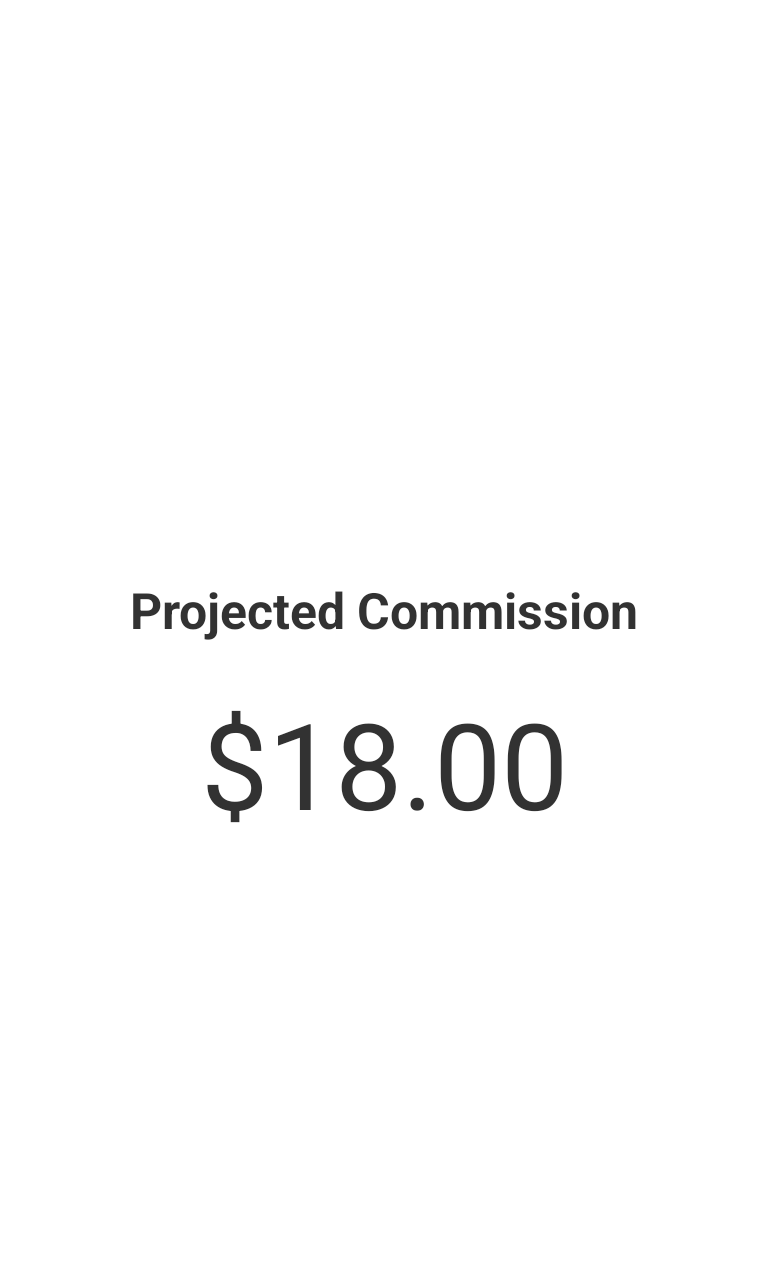
Repository: jemcphe/XCell
Layout: XCell/res/layout/data_accessory.xml
The author's editor kept a copy of each file at every save. The layout is drawn from the files as they stood at one save, then again after the next save.
It is drawn on a 768 x 1280 px phone screen (xhdpi) without system bars, with theme Theme.Xcell; the app's code is not run. Lists and similar views that code fills are empty.

Above is the layout before, as saved 2013-08-29 03:26:45.

### XCell/res/layout/data_accessory.xml
<?xml version="1.0" encoding="utf-8"?>
<RelativeLayout xmlns:android="http://schemas.android.com/apk/res/android"
    android:layout_width="match_parent"
    android:layout_height="match_parent" >

    <LinearLayout
        android:id="@+id/listLayout"
        android:layout_width="match_parent"
        android:layout_height="200dp"
        android:layout_alignParentLeft="true"
        android:layout_alignParentTop="true"
        android:layout_marginTop="50dp"
        android:background="#fff"
        android:orientation="horizontal" >

        <ListView
            android:id="@+id/listview"
            android:layout_width="match_parent"
            android:layout_height="match_parent"
            android:drawSelectorOnTop="false" />
    </LinearLayout>

    <LinearLayout
        android:id="@+id/data_accessoryProjectedLayout"
        android:layout_width="match_parent"
        android:layout_height="wrap_content"
        android:layout_alignParentLeft="true"
        android:layout_below="@+id/listLayout"
        android:layout_marginTop="18dp"
        android:orientation="vertical" >

        <TextView
            android:id="@+id/data_accessoryCommissionLabel"
            android:layout_width="match_parent"
            android:layout_height="wrap_content"
            android:layout_centerHorizontal="true"
            android:layout_marginTop="20dp"
            android:gravity="center"
            android:text="Projected Commission"
            android:textSize="25sp"
            android:textStyle="bold" />

        <TextView
            android:id="@+id/data_accessoryCommissionValue"
            android:layout_width="match_parent"
            android:layout_height="wrap_content"
            android:layout_marginTop="20dp"
            android:gravity="center"
            android:text="$18.00"
            android:textSize="60sp" />
    </LinearLayout>

</RelativeLayout>
<!--
     <GridLayout
                android:layout_width="match_parent"
                android:layout_height="wrap_content"
                android:layout_alignParentTop="true"
                android:layout_centerHorizontal="true"
                android:layout_marginLeft="10dp"
                android:layout_marginRight="10dp"
                android:layout_marginTop="5dp"
                android:columnCount="4" >
		************************ Header Row ************************
                <TextView
                    android:layout_width="wrap_content"
                    android:layout_height="wrap_content"
                    android:paddingBottom="10dp"
                    android:paddingRight="30dp"
                    android:text="Date"
                    android:textSize="15sp"
                    android:textStyle="bold" />

                <TextView
                    android:layout_width="wrap_content"
                    android:layout_height="wrap_content"
                    android:paddingBottom="10dp"
                    android:paddingRight="80dp"
                    android:text="Accessory"
                    android:textSize="15sp"
                    android:textStyle="bold" />

                <TextView
                    android:layout_width="wrap_content"
                    android:layout_height="wrap_content"
                    android:paddingBottom="10dp"
                    android:paddingRight="30dp"
                    android:text="Qty"
                    android:textSize="15sp"
                    android:textStyle="bold" />

                <TextView
                    android:layout_width="wrap_content"
                    android:layout_height="wrap_content"
                    android:paddingBottom="10dp"
                    android:text="Total"
                    android:textSize="15sp"
                    android:textStyle="bold" />

         *********************** Dummy Accessories **********************

         		<TextView
                    android:layout_width="wrap_content"
                    android:layout_height="wrap_content"
                    android:paddingBottom="5dp"
                    android:paddingRight="30dp"
                    android:text="08/01"
                    android:textSize="15sp" />

                <TextView
                    android:layout_width="wrap_content"
                    android:layout_height="wrap_content"
                    android:paddingBottom="5dp"
                    android:text="Car Charger"
                    android:textSize="15sp" />

                <TextView
                    android:layout_width="wrap_content"
                    android:layout_height="wrap_content"
                    android:paddingBottom="5dp"
                    android:text="1"
                    android:textSize="15sp" />

                <TextView
                    android:layout_width="wrap_content"
                    android:layout_height="wrap_content"
                    android:paddingBottom="5dp"
                    android:text="$19.99"
                    android:textSize="15sp" />

                ********* 2 **********
                <TextView
                    android:layout_width="wrap_content"
                    android:layout_height="wrap_content"
                    android:paddingBottom="5dp"
                    android:paddingRight="30dp"
                    android:text="08/01"
                    android:textSize="15sp" />

                <TextView
                    android:layout_width="wrap_content"
                    android:layout_height="wrap_content"
                    android:paddingBottom="5dp"
                    android:text="Screen Protector"
                    android:textSize="15sp" />

                <TextView
                    android:layout_width="wrap_content"
                    android:layout_height="wrap_content"
                    android:paddingBottom="5dp"
                    android:text="1"
                    android:textSize="15sp" />

                <TextView
                    android:layout_width="wrap_content"
                    android:layout_height="wrap_content"
                    android:paddingBottom="5dp"
                    android:text="$39.99"
                    android:textSize="15sp" />

                ********* 3 **********
                <TextView
                    android:layout_width="wrap_content"
                    android:layout_height="wrap_content"
                    android:paddingBottom="5dp"
                    android:paddingRight="30dp"
                    android:text="08/01"
                    android:textSize="15sp" />

                <TextView
                    android:layout_width="wrap_content"
                    android:layout_height="wrap_content"
                    android:paddingBottom="5dp"
                    android:text="Bluetooth Headset"
                    android:textSize="15sp" />

                <TextView
                    android:layout_width="wrap_content"
                    android:layout_height="wrap_content"
                    android:paddingBottom="5dp"
                    android:text="1"
                    android:textSize="15sp" />

                <TextView
                    android:layout_width="wrap_content"
                    android:layout_height="wrap_content"
                    android:paddingBottom="5dp"
                    android:text="$99.99"
                    android:textSize="15sp" />

                ********* 4 **********
                <TextView
                    android:layout_width="wrap_content"
                    android:layout_height="wrap_content"
                    android:paddingBottom="5dp"
                    android:paddingRight="30dp"
                    android:text="08/01"
                    android:textSize="15sp" />

                <TextView
                    android:layout_width="wrap_content"
                    android:layout_height="wrap_content"
                    android:paddingBottom="5dp"
                    android:text="SD Card"
                    android:textSize="15sp" />

                <TextView
                    android:layout_width="wrap_content"
                    android:layout_height="wrap_content"
                    android:paddingBottom="5dp"
                    android:text="1"
                    android:textSize="15sp" />

                <TextView
                    android:layout_width="wrap_content"
                    android:layout_height="wrap_content"
                    android:paddingBottom="5dp"
                    android:text="$19.99"
                    android:textSize="15sp" />

                ********* 5 **********
                <TextView
                    android:layout_width="wrap_content"
                    android:layout_height="wrap_content"
                    android:paddingBottom="5dp"
                    android:paddingRight="30dp"
                    android:text="08/01"
                    android:textSize="15sp" />

                <TextView
                    android:layout_width="wrap_content"
                    android:layout_height="wrap_content"
                    android:paddingBottom="5dp"
                    android:text="Car Charger"
                    android:textSize="15sp" />

                <TextView
                    android:layout_width="wrap_content"
                    android:layout_height="wrap_content"
                    android:paddingBottom="5dp"
                    android:text="1"
                    android:textSize="15sp" />

                <TextView
                    android:layout_width="wrap_content"
                    android:layout_height="wrap_content"
                    android:paddingBottom="5dp"
                    android:text="$19.99"
                    android:textSize="15sp" />
                ********* 6 **********
                <TextView
                    android:layout_width="wrap_content"
                    android:layout_height="wrap_content"
                    android:paddingBottom="5dp"
                    android:paddingRight="30dp"
                    android:text="08/01"
                    android:textSize="15sp" />

                <TextView
                    android:layout_width="wrap_content"
                    android:layout_height="wrap_content"
                    android:paddingBottom="5dp"
                    android:text="SD Card"
                    android:textSize="15sp" />

                <TextView
                    android:layout_width="wrap_content"
                    android:layout_height="wrap_content"
                    android:paddingBottom="5dp"
                    android:text="1"
                    android:textSize="15sp" />

                <TextView
                    android:layout_width="wrap_content"
                    android:layout_height="wrap_content"
                    android:paddingBottom="5dp"
                    android:text="$19.99"
                    android:textSize="15sp" />
                *********************** Dummy Accessories **********************

         		<TextView
                    android:layout_width="wrap_content"
                    android:layout_height="wrap_content"
                    android:paddingBottom="5dp"
                    android:paddingRight="30dp"
                    android:text="08/01"
                    android:textSize="15sp" />

                <TextView
                    android:layout_width="wrap_content"
                    android:layout_height="wrap_content"
                    android:paddingBottom="5dp"
                    android:text="Car Charger"
                    android:textSize="15sp" />

                <TextView
                    android:layout_width="wrap_content"
                    android:layout_height="wrap_content"
                    android:paddingBottom="5dp"
                    android:text="1"
                    android:textSize="15sp" />

                <TextView
                    android:layout_width="wrap_content"
                    android:layout_height="wrap_content"
                    android:paddingBottom="5dp"
                    android:text="$19.99"
                    android:textSize="15sp" />

                ********* 2 **********
                <TextView
                    android:layout_width="wrap_content"
                    android:layout_height="wrap_content"
                    android:paddingBottom="5dp"
                    android:paddingRight="30dp"
                    android:text="08/01"
                    android:textSize="15sp" />

                <TextView
                    android:layout_width="wrap_content"
                    android:layout_height="wrap_content"
                    android:paddingBottom="5dp"
                    android:text="Screen Protector"
                    android:textSize="15sp" />

                <TextView
                    android:layout_width="wrap_content"
                    android:layout_height="wrap_content"
                    android:paddingBottom="5dp"
                    android:text="1"
                    android:textSize="15sp" />

                <TextView
                    android:layout_width="wrap_content"
                    android:layout_height="wrap_content"
                    android:paddingBottom="5dp"
                    android:text="$39.99"
                    android:textSize="15sp" />

                ********* 3 **********
                <TextView
                    android:layout_width="wrap_content"
                    android:layout_height="wrap_content"
                    android:paddingBottom="5dp"
                    android:paddingRight="30dp"
                    android:text="08/01"
                    android:textSize="15sp" />

                <TextView
                    android:layout_width="wrap_content"
                    android:layout_height="wrap_content"
                    android:paddingBottom="5dp"
                    android:text="Bluetooth Headset"
                    android:textSize="15sp" />

                <TextView
                    android:layout_width="wrap_content"
                    android:layout_height="wrap_content"
                    android:paddingBottom="5dp"
                    android:text="1"
                    android:textSize="15sp" />

                <TextView
                    android:layout_width="wrap_content"
                    android:layout_height="wrap_content"
                    android:paddingBottom="5dp"
                    android:text="$99.99"
                    android:textSize="15sp" />
            </GridLayout>
-->

### XCell/res/drawable/selectable_background_xcell.xml
<?xml version="1.0" encoding="utf-8"?>
<!-- File created by the Android Action Bar Style Generator

     Copyright (C) 2011 The Android Open Source Project
     Copyright (C) 2012 readyState Software Ltd

     Licensed under the Apache License, Version 2.0 (the "License");
     you may not use this file except in compliance with the License.
     You may obtain a copy of the License at

          http://www.apache.org/licenses/LICENSE-2.0

     Unless required by applicable law or agreed to in writing, software
     distributed under the License is distributed on an "AS IS" BASIS,
     WITHOUT WARRANTIES OR CONDITIONS OF ANY KIND, either express or implied.
     See the License for the specific language governing permissions and
     limitations under the License.
-->

<selector xmlns:android="http://schemas.android.com/apk/res/android"
        android:exitFadeDuration="@android:integer/config_mediumAnimTime" >
    <item android:state_pressed="false" android:state_focused="true" android:drawable="@drawable/list_focused_xcell" />
    <item android:state_pressed="true" android:drawable="@drawable/pressed_background_xcell" />
    <item android:drawable="@android:color/transparent" />
</selector>

### XCell/res/drawable/btn_cab_done_xcell.xml
<?xml version="1.0" encoding="utf-8"?>
<!-- File created by the Android Action Bar Style Generator

     Copyright (C) 2011 The Android Open Source Project
     Copyright (C) 2012 readyState Software Ltd

     Licensed under the Apache License, Version 2.0 (the "License");
     you may not use this file except in compliance with the License.
     You may obtain a copy of the License at

          http://www.apache.org/licenses/LICENSE-2.0

     Unless required by applicable law or agreed to in writing, software
     distributed under the License is distributed on an "AS IS" BASIS,
     WITHOUT WARRANTIES OR CONDITIONS OF ANY KIND, either express or implied.
     See the License for the specific language governing permissions and
     limitations under the License.
-->

<selector xmlns:android="http://schemas.android.com/apk/res/android">
    <item android:state_pressed="true"
        android:drawable="@drawable/btn_cab_done_pressed_xcell" />
    <item android:state_focused="true" android:state_enabled="true"
        android:drawable="@drawable/btn_cab_done_focused_xcell" />
    <item android:state_enabled="true"
        android:drawable="@drawable/btn_cab_done_default_xcell" />
</selector>

### XCell/res/drawable/ab_background_textured_xcell.xml
<?xml version="1.0" encoding="utf-8"?>
<!-- File created by the Android Action Bar Style Generator

     Copyright (C) 2012 readyState Software Ltd

     Licensed under the Apache License, Version 2.0 (the "License");
     you may not use this file except in compliance with the License.
     You may obtain a copy of the License at

          http://www.apache.org/licenses/LICENSE-2.0

     Unless required by applicable law or agreed to in writing, software
     distributed under the License is distributed on an "AS IS" BASIS,
     WITHOUT WARRANTIES OR CONDITIONS OF ANY KIND, either express or implied.
     See the License for the specific language governing permissions and
     limitations under the License.
-->

<bitmap xmlns:android="http://schemas.android.com/apk/res/android"
    android:src="@drawable/ab_texture_tile_xcell"
    android:tileMode="repeat" />

### XCell/res/drawable/progress_horizontal_xcell.xml
<?xml version="1.0" encoding="utf-8"?>
<!-- File created by the Android Action Bar Style Generator

     Copyright (C) 2011 The Android Open Source Project
     Copyright (C) 2012 readyState Software Ltd

     Licensed under the Apache License, Version 2.0 (the "License");
     you may not use this file except in compliance with the License.
     You may obtain a copy of the License at

          http://www.apache.org/licenses/LICENSE-2.0

     Unless required by applicable law or agreed to in writing, software
     distributed under the License is distributed on an "AS IS" BASIS,
     WITHOUT WARRANTIES OR CONDITIONS OF ANY KIND, either express or implied.
     See the License for the specific language governing permissions and
     limitations under the License.
-->

<layer-list xmlns:android="http://schemas.android.com/apk/res/android">

    <item android:id="@android:id/background"
          android:drawable="@drawable/progress_bg_xcell" />

    <item android:id="@android:id/secondaryProgress">
        <scale android:scaleWidth="100%"
               android:drawable="@drawable/progress_secondary_xcell" />
    </item>

    <item android:id="@android:id/progress">
        <scale android:scaleWidth="100%"
               android:drawable="@drawable/progress_primary_xcell" />
    </item>

</layer-list>

### XCell/res/drawable/spinner_background_ab_xcell.xml
<?xml version="1.0" encoding="utf-8"?>
<!-- File created by the Android Action Bar Style Generator

     Copyright (C) 2011 The Android Open Source Project
     Copyright (C) 2012 readyState Software Ltd

     Licensed under the Apache License, Version 2.0 (the "License");
     you may not use this file except in compliance with the License.
     You may obtain a copy of the License at

          http://www.apache.org/licenses/LICENSE-2.0

     Unless required by applicable law or agreed to in writing, software
     distributed under the License is distributed on an "AS IS" BASIS,
     WITHOUT WARRANTIES OR CONDITIONS OF ANY KIND, either express or implied.
     See the License for the specific language governing permissions and
     limitations under the License.
-->

<selector xmlns:android="http://schemas.android.com/apk/res/android">
    <item android:state_enabled="false"
        android:drawable="@drawable/spinner_ab_disabled_xcell" />
    <item android:state_pressed="true"
        android:drawable="@drawable/spinner_ab_pressed_xcell" />
    <item android:state_pressed="false" android:state_focused="true"
        android:drawable="@drawable/spinner_ab_focused_xcell" />
    <item android:drawable="@drawable/spinner_ab_default_xcell" />
</selector>

### XCell/res/drawable/pressed_background_xcell.xml
<?xml version="1.0" encoding="utf-8"?>
<!-- File created by the Android Action Bar Style Generator

     Copyright (C) 2011 The Android Open Source Project
     Copyright (C) 2012 readyState Software Ltd

     Licensed under the Apache License, Version 2.0 (the "License");
     you may not use this file except in compliance with the License.
     You may obtain a copy of the License at

          http://www.apache.org/licenses/LICENSE-2.0

     Unless required by applicable law or agreed to in writing, software
     distributed under the License is distributed on an "AS IS" BASIS,
     WITHOUT WARRANTIES OR CONDITIONS OF ANY KIND, either express or implied.
     See the License for the specific language governing permissions and
     limitations under the License.
-->

<shape xmlns:android="http://schemas.android.com/apk/res/android" android:shape="rectangle">
    <solid android:color="@color/pressed_xcell" />
</shape>

### XCell/res/values/colors_xcell.xml
<?xml version="1.0" encoding="utf-8"?>
<!-- File created by the Android Action Bar Style Generator

     Copyright (C) 2011 The Android Open Source Project
     Copyright (C) 2012 readyState Software Ltd

     Licensed under the Apache License, Version 2.0 (the "License");
     you may not use this file except in compliance with the License.
     You may obtain a copy of the License at

          http://www.apache.org/licenses/LICENSE-2.0

     Unless required by applicable law or agreed to in writing, software
     distributed under the License is distributed on an "AS IS" BASIS,
     WITHOUT WARRANTIES OR CONDITIONS OF ANY KIND, either express or implied.
     See the License for the specific language governing permissions and
     limitations under the License.
-->

<resources>
    <color name="pressed_xcell">#CC33B5E5</color>
    <color name="background_xcell">#d8e8e8</color>
    <color name="xcell_blue">#12679b</color>
</resources>

Loaded but not shown: XCell/res/values/styles_xcell.xml (63 lines, source omitted); XCell/res/drawable/tab_indicator_ab_xcell.xml (37 lines, source omitted)

After the next save:
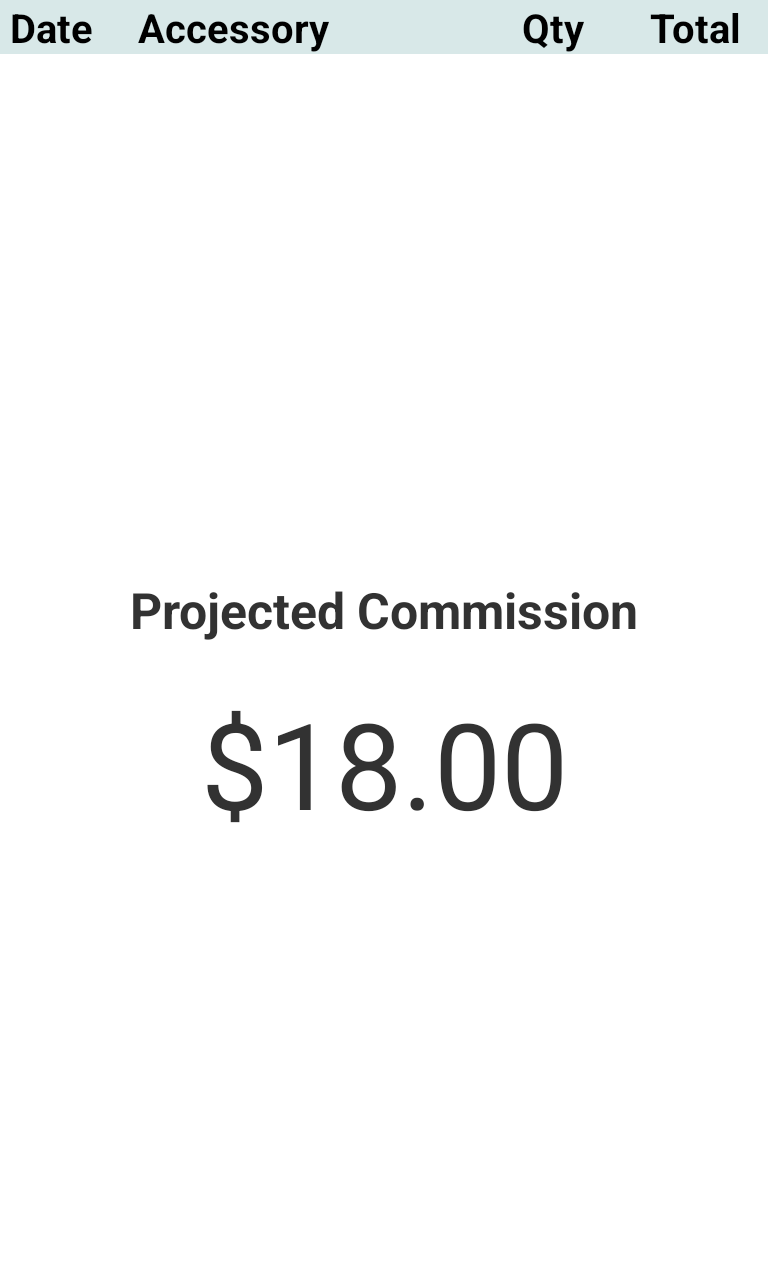
Saved 10 min 41 s later.
--- a/XCell/res/layout/data_accessory.xml
+++ b/XCell/res/layout/data_accessory.xml
@@ -2,6 +2,55 @@
 <RelativeLayout xmlns:android="http://schemas.android.com/apk/res/android"
     android:layout_width="match_parent"
     android:layout_height="match_parent" >
+
+    <LinearLayout xmlns:android="http://schemas.android.com/apk/res/android"
+    android:layout_width="match_parent"
+    android:layout_height="wrap_content"
+    android:orientation="horizontal"
+    android:background="@color/background_xcell" >
+
+    <TextView
+        android:id="@+id/date_header"
+        android:text="Date"
+        android:layout_weight="1"
+        android:paddingLeft="5dp"
+        android:layout_width="0dip"
+        android:textStyle="bold"
+        android:textColor="#000"
+        android:textSize="20sp"
+        android:layout_height="wrap_content"/>
+    <TextView
+        android:id="@+id/accessoryName_header"
+        android:text="Accessory"
+        android:layout_weight="3"
+        android:paddingLeft="5dp"
+        android:layout_width="0dip"
+        android:textStyle="bold"
+        android:textColor="#000"
+        android:textSize="20sp"
+        android:layout_height="wrap_content"/>
+    <TextView
+        android:id="@+id/qty_header"
+        android:text="Qty"
+        android:layout_weight="1"
+        android:paddingLeft="5dp"
+        android:layout_width="0dip"
+        android:textStyle="bold"
+        android:textColor="#000"
+        android:textSize="20sp"
+        android:layout_height="wrap_content"/>
+    <TextView
+        android:id="@+id/total_header"
+        android:text="Total"
+        android:layout_weight="1"
+        android:paddingLeft="5dp"
+        android:layout_width="0dip"
+        android:textStyle="bold"
+        android:textColor="#000"
+        android:textSize="20sp"
+        android:layout_height="wrap_content"/>
+
+</LinearLayout>
 
     <LinearLayout
         android:id="@+id/listLayout"
